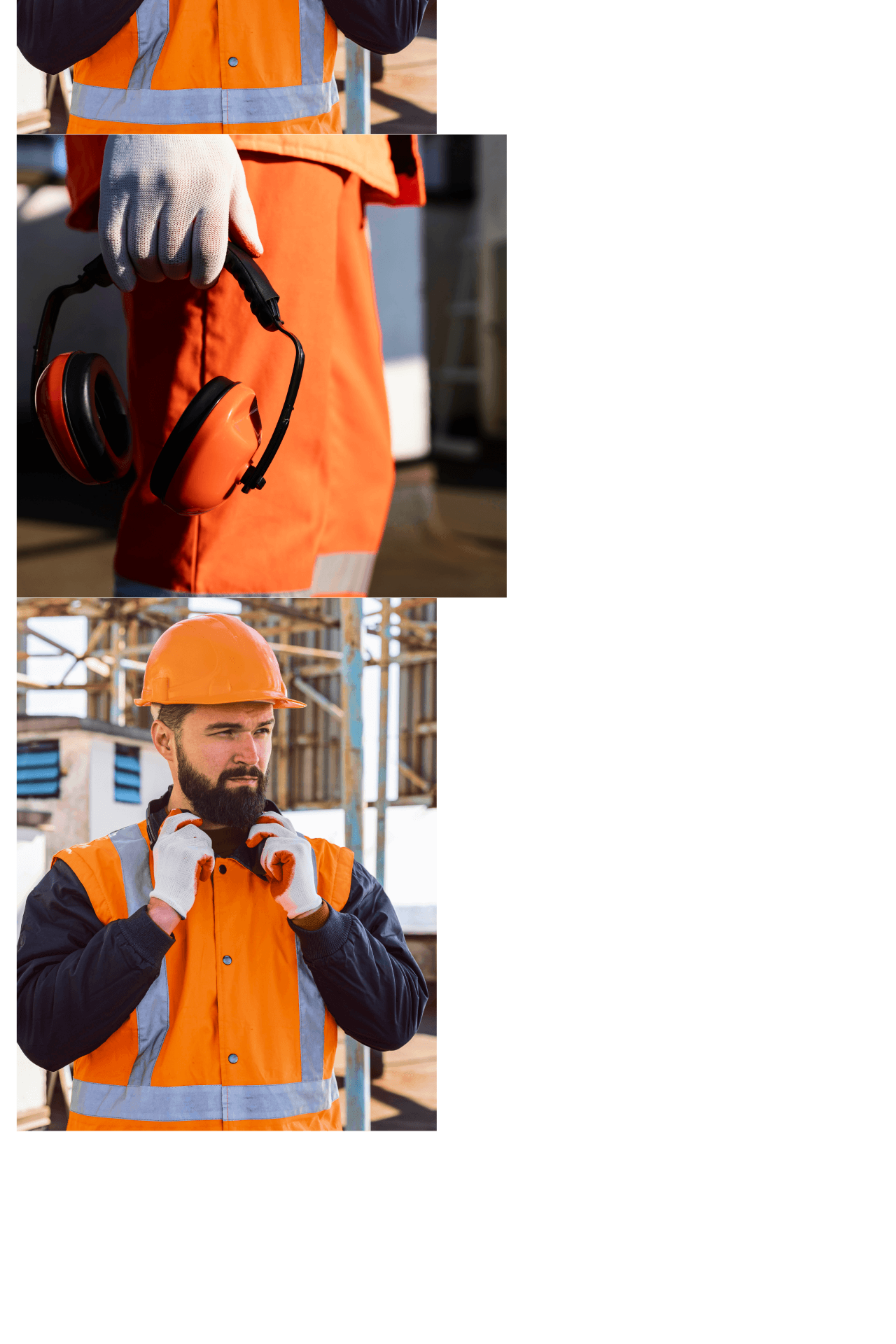
Repository: douglasabnovato/construction
Page: index.html
An editor plug-in stored every save of this project. The page is shown before and after the next save, followed by the edit.
The browser window is 1280 px wide. The pictures show the part of the page from y = 2853 to 4773 px (the page is 4773 px tall before and 4011 px after), at 70% of full size.

Above is the page before, as saved 2025-05-01 12:03:23.

### index.html
<!DOCTYPE html>
<html lang="en">
  <head>
    <meta charset="UTF-8" />
    <meta name="viewport" content="width=device-width, initial-scale=1.0" />

    <!--=============== FAVICON ===============-->
    <link
      rel="shortcut icon"
      href="assets/img/favicon.png"
      type="image/x-icon"
    />

    <!--=============== REMIXICONS ===============-->
    <link
      rel="stylesheet"
      href="https://cdnjs.cloudflare.com/ajax/libs/remixicon/4.2.0/remixicon.css"
    />

    <!--=============== SWIPER CSS ===============-->
    <link rel="stylesheet" href="" />

    <!--=============== CSS ===============-->
    <link rel="stylesheet" href="assets/css/styles.css" />

    <title>Construction</title>
  </head>
  <body>
    <!--==================== HEADER ====================-->
    <header class="header bg-header" id="header">
      <nav class="nav container">
        <a href="#" class="nav__logo">
          <i class="ri-bulding-3-line"></i>
          <span>Construct</span>
        </a>
        <div class="nav__menu" id="nav-menu">
          <u class="nav__list">
            <li>
              <a href="#home" class="nav__link">Home</a>
            </li>
            <li>
              <a href="#aboutus" class="nav__link"> About Us</a>
            </li>
            <li>
              <a href="#services" class="nav__link"> Services</a>
            </li>
            <li>
              <a href="#projects" class="nav__link"> Projects</a>
            </li>
            <li>
              <a href="#contactus" class="nav__link button"> Contact Us</a>
            </li>
          </u>
          <!-- Close Button -->
          <div class="nav__close" id="nav-close">
            <i class="ri-close-large-line"></i>
          </div>
        </div>
        <!-- Toggle menu -->
        <div class="nav__toggle" id="nav-toggle">
          <i class="ri-apps-2-line"></i>
        </div>
      </nav>
    </header>

    <!--==================== MAIN ====================-->
    <main class="main">
      <!--==================== HOME ====================-->
      <section class="home section" id="home">
        <img
          src="./assets/img/home-lines-bg.svg"
          alt="image"
          class="home__lines"
        />
        <div class="home__container container grid">
          <div class="home__container grid">
            <div class="home__data">
              <h1 class="home__title">
                Create The<br />
                Constructions<br />
                You Want Here
              </h1>
              <p class="home__description">
                We provide the best home design, construction and maintenance
                services for you and your family.
              </p>
              <div class="home__buttons">
                <a href="#services" class="button">Our Services</a>
                <a href="#projects" class="button__link"
                  ><span>View Projects</span> <i class="ri-arrow-right-line"></i
                ></a>
              </div>
            </div>
            <div class="home__info">
              <div>
                <h3 class="home__info-title">10+</h3>
                <p class="home__info-description">
                  Years of <br />
                  Experience
                </p>
              </div>
              <div>
                <h3 class="home__info-title">200</h3>
                <p class="home__info-description">
                  Complete <br />
                  Projects
                </p>
              </div>
            </div>
          </div>
          <div class="home__images">
            <img src="./assets/img/home-img-1.png" alt="imagem" />
            <img src="./assets/img/home-img-2.png" alt="imagem" />
          </div>
        </div>
      </section>

      <!--==================== ABOUT ====================-->
      <section class="about section" id="about">
        <div class="about__container container grid">
          <div class="about__data">
            <span class="section__subtitle">ABOUT US</span>
            <h2 class="section__title">
              We Provide The Best <br />
              Service To Build
            </h2>
            <p class="about__description">
              We strive to provide the best professionals to make your project a
              construction masterpiece, something unique and unmatched.
            </p>
            <ul class="about__list grid">
              <li class="about__list-item">
                <i class="ri-checkbox-circle-line"></i>
                <span>Professional workers</span>
              </li>
              <li class="about__list-item">
                <i class="ri-checkbox-circle-line"></i>
                <span>Guaranteed quality</span>
              </li>
              <li class="about__list-item">
                <i class="ri-checkbox-circle-line"></i>
                <span>Extensive experience</span>
              </li>
              <li class="about__list-item">
                <i class="ri-checkbox-circle-line"></i>
                <span>We quote your  project</span>
              </li>
            </ul>
            <a href="#" class="button">View Projects</a>
          </div>
          <div class="about__images">
            <img src="./assets/img/about-img-1.png" alt="image" class="about__img-1">
            <img src="./assets/img/about-img-2.png" alt="image" class="about__img-2">
            <img src="./assets/img/about-img-1.png" alt="image" class="about__img-1">
          </div>
        </div>
      </section>

      <!--==================== SERVICES ====================-->
      <section class="services section" id="services"></section>

      <!--==================== PROJECTS ====================-->
      <section class="projects section" id="projects"></section>

      <!--==================== CONTACT ====================-->
      <section class="contact section" id="contact"></section>
    </main>

    <!--==================== FOOTER ====================-->
    <footer class="footer"></footer>

    <!--========== SCROLL UP ==========-->

    <!--=============== SCROLLREVEAL ===============-->
    <script src=""></script>

    <!--=============== SWIPER JS ===============-->
    <script src=""></script>

    <!--=============== MAIN JS ===============-->
    <script src="assets/js/main.js"></script>
  </body>
</html>

### assets/css/styles.css
/*=============== GOOGLE FONTS ===============*/
@import url("https://fonts.googleapis.com/css2?family=Montserrat:wght@100..900&display=swap");

/*=============== VARIABLES CSS ===============*/
:root {
  --header-height: 3.5rem;

  /*========== Colors ==========*/
  /*Color mode HSL(hue, saturation, lightness)*/
  --first-color: hsl(18, 95%, 55%);
  --second-color: hsl(42, 98%, 52%);
  --first-gradient: linear-gradient(
    90deg,
    hsl(18, 95%, 55%),
    hsl(18, 98%, 64%)
  );
  --title-color: hsl(255, 12%, 12%);
  --text-color: hsl(225, 12%, 24%);
  --text-color-light: hsl(255, 4%, 70%);
  --body-color: hsl(0, 0%, 100%);
  --container-color: hsl(0, 0%, 100%);
  --white-color: hsl(0, 0%, 100%);
  --black-color: hsl(255, 20%, 10%);
  --gray-border: hsl(255, 6%, 90%);
  --black-border: hsl(255, 10%, 20%);

  /*========== Font and typography ==========*/
  /*.5rem = 8px | 1rem = 16px ...*/
  --body-font: "Montserrat", sans-serif;
  --big-font-size: 2.25rem;
  --h1-font-size: 1.5rem;
  --h2-font-size: 1.25rem;
  --h3-font-size: 1rem;
  --normal-font-size: 0.938rem;
  --small-font-size: 0.813rem;

  /*========== Font weight ==========*/
  --font-regular: 400;
  --font-medium: 500;
  --font-semi-bold: 600;
  --font-bold: 700;

  /*========== z index ==========*/
  --z-tooltip: 10;
  --z-fixed: 100;
}

/*========== Responsive typography ==========*/
@media screen and (min-width: 1150px) {
  :root {
    --big-font-size: 3.5rem;
    --h1-font-size: 2.25rem;
    --h2-font-size: 1.5rem;
    --h3-font-size: 1.25rem;
    --normal-font-size: 1rem;
    --small-font-size: 0.875rem;
  }
}

/*=============== BASE ===============*/
* {
  box-sizing: border-box;
  padding: 0;
  margin: 0;
}

html {
  scroll-behavior: smooth;
}

body {
  font-family: var(--body-font);
  font-size: var(--normal-font-size);
  background-color: var(--body-color);
  color: var(--text-color);
}

h1,
h2,
h3,
h4 {
  color: var(--title-color);
  font-weight: var(--font-semi-bold);
}

ul {
  list-style: none;
}

a {
  text-decoration: none;
}

img {
  display: block;
  max-width: 100%;
  height: auto;
}

/*=============== REUSABLE CSS CLASSES ===============*/
.container {
  max-width: 1120px;
  margin-inline: 1.5rem;
}

.grid {
  display: grid;
  gap: 1.5rem;
}

.section {
  padding-block: 5rem 1rem;
}
.section__title,
.section__subtitle {
  text-align: center;
}

.section__title {
  font-size: var(--h1-font-size);
  font-weight: var(--font-bold);
  margin-bottom: 1.5rem;
}

.section__subtitle {
  display: block;
  font-size: var(--normal-font-size);
  font-weight: var(--font-semi-bold);
  color: var(--second-color);
  margin-bottom: 0.5rem;
}

.main {
  overflow: hidden;
}

/*=============== HEADER & NAV ===============*/
.header {
  position: fixed;
  width: 100%;
  top: 0;
  left: 0;
  background-color: transparent;
  z-index: var(--z-fixed);
  transition: background-color .4s;
}

.nav {
  position: relative;
  height: var(--header-height);
  display: flex;
  justify-content: space-between;
  align-items: center;
}

.nav__logo {
  display: flex;
  align-items: center;
  column-gap: 0.25rem;
}

.nav__logo span {
  color: var(--white-color);
  font-weight: var(--font-semi-bold);
  transition: color 0.4s;
}

.nav__logoi i {
  color: var(--first-color);
  font-size: 1.5rem;
}

.nav__toggle,
.nav__close {
  font-size: 1.5rem;
  color: var(--white-color);
  cursor: pointer;
  transition: color 0.4s;
}

/* Navigation for mobile devices */
@media screen and (max-width: 1150px) {
  .nav__menu {
    position: fixed;
    top: 0;
    right: -100%;
    background-color: var(--black-color);
    width: 80%;
    height: 100%;
    padding: 7.5rem 3.5rem 0;
    border-left: 2px solid var(--black-border);
    transition: right 0.4s;
  }
}

.nav__list {
  display: flex;
  flex-direction: column;
  row-gap: 4rem;
}

.nav__link {
  color: var(--text-color-light);
  font-weight: var(--font-semi-bold);
  transition: color 0.4s;
}

.nav__link:hover {
  color: var(--first-color);
}

.nav__close {
  position: absolute;
  top: 1rem;
  right: 1.5rem;
}

/* Show menu */
.show-menu {
  right: 0;
}

/* Change background header */
.bg-header{
  background-color: var(--body-color);
  box-shadow: 0 4px 16px hsla(255, 90%, 8%, .1);
}

.bg-header .nav__logo span,
.bg-header .nav__toggle{
  color: var(--title-color);
}

/* Active link */

/*=============== HOME ===============*/
.home {
  position: relative;
  background-color: var(--black-color);
}

.home__container {
  position: relative;
  row-gap: 3rem;
  padding-block: 2.5rem 6rem;
}

.home__content {
  row-gap: 2.5rem;
}

.home__data {
  text-align: center;
}

.home__title {
  color: var(--white-color);
  font-size: var(--big-font-size);
  font-weight: var(--font-bold);
  margin-bottom: 1rem;
}

.home__description{
  margin-bottom: 2.5rem;
  color: var(--text-color-light);
}

.home_buttons{
  display: flex;
  justify-content: center;
  align-items: center;
  gap: 1rem;
}

.home__info{
  display: flex;
  justify-content: center;
  column-gap: 4.5rem;
}

.home__info-title{
  color: var(--second-color);
  font-size: var(--big-font-size);
  font-weight: var(--font-bold);
  margin-bottom: .5rem;
}

.home__info-description{
  font-size: var(--small-font-size);
  color: var(--white-color);
}

.home__images{
  position: relative;
  justify-self: center;
}

.home__img-1{
  width: 250px;
  margin-left: 3.5rem;
}

.home__img-2{
  width: 150px;
  border: 5px solid var(--black-color);
  position: absolute;
  left: 0;
  bottom: -3.5rem;
}

.home__lines{
  position: absolute;
  top: 0;
  left: 0;
  width: 100%;
  height: 100%;
  object-fit: cover;
  object-position: right;
}

/*=============== BUTTON ===============*/
.button {
  display: inline-flex;
  background: var(--first-gradient);
  color: var(--white-color);
  font-weight: var(--font-semi-bold);
  padding: 1rem 2rem;
  transition: box-shadow .4s;
}

.button:hover{
  box-shadow: 0 8px 32px hsla(18, 95%, 55%, .3);
  color: var(--white-color);
}

.button__link {
  display: flex;
  align-items: center;
  column-gap: .25rem;
  color: var(--first-color);
}

.button__link span{
  font-weight: var(--font-semi-bold);
}

.button__link i {
  font-size: 1.5rem;
  transition: transform .4s;
}

.button__link:hover i {
  transform: translateX(.25rem)
}

/*=============== ABOUT ===============*/

/*=============== SERVICES ===============*/

/* Swiper class */

/*=============== PROJECTS ===============*/

/*=============== CONTACT ===============*/

/*=============== FOOTER ===============*/

/*=============== SCROLL BAR ===============*/

/*=============== SCROLL UP ===============*/

/* Show Scroll Up */

/*=============== BREAKPOINTS ===============*/
/* For small devices */

/* For medium devices */

/* For large devices */

### assets/js/main.js
/*=============== SHOW MENU ===============*/
const navMenu = document.getElementById('nav-menu'),
      navToggle = document.getElementById('nav-toggle'),
      navClose = document.getElementById('nav-close')

/* Menu show */
if(navToggle){
    navToggle.addEventListener('click', () =>{
        navMenu.classList.add('show-menu')
    })
}

/* Menu hidden */
if(navClose){
    navClose.addEventListener('click', () =>{
        navMenu.classList.remove('show-menu')
    })
}

/*=============== REMOVE MENU MOBILE ===============*/
const navLink = document.querySelectorAll('.nav__link')

const linkAction = () =>{
    const navMenu = document.getElementById('nav-menu')
    // When we click on each nav__link, we remove the show-menu class
    navMenu.classList.remove('show-menu')
}
navLink.forEach(n => n.addEventListener('click', linkAction))


/*=============== CHANGE BACKGROUND HEADER ===============*/
const bgHeader = () =>{
    const header = document.getElementById('header')
    // Add a class if the bottom offset is greater than 50 of the viewport
    this.scrollY >= 50 ? header.classList.add('bg-header')
                       : header.classList.remove('bg-header')
}
window.addEventListener('scroll', bgHeader)
bgHeader()

/*=============== SWIPER SERVICES ===============*/

/*=============== SHOW SCROLL UP ===============*/

/*=============== SCROLL SECTIONS ACTIVE LINK ===============*/

/*=============== SCROLL REVEAL ANIMATION ===============*/

After the next save:
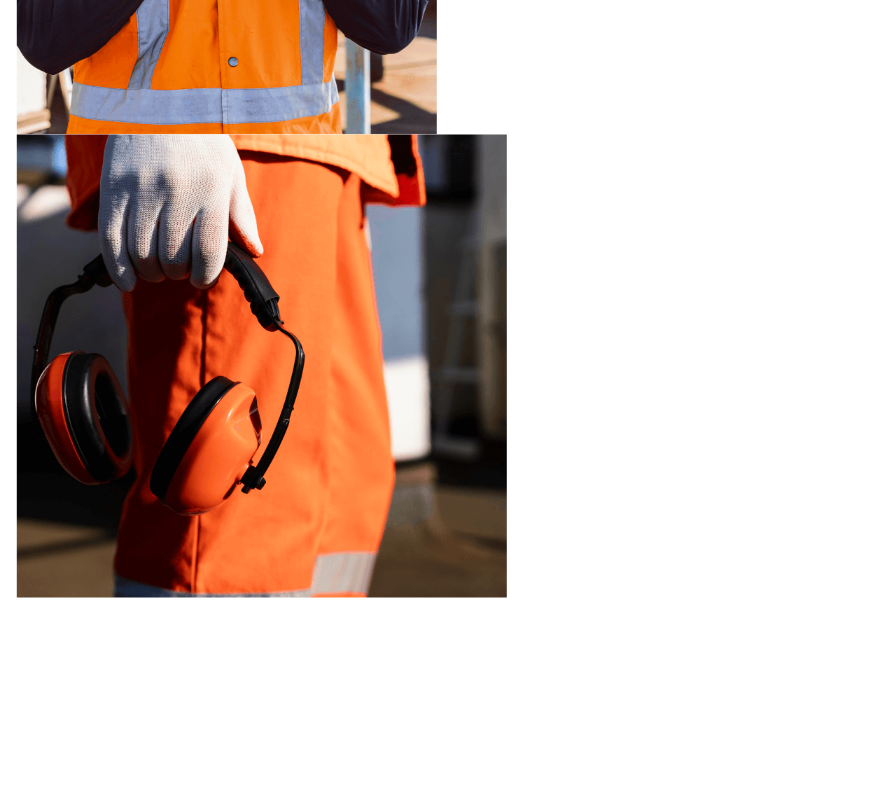
Saved 15 s later.
--- a/index.html
+++ b/index.html
@@ -151,7 +151,6 @@
           <div class="about__images">
             <img src="./assets/img/about-img-1.png" alt="image" class="about__img-1">
             <img src="./assets/img/about-img-2.png" alt="image" class="about__img-2">
-            <img src="./assets/img/about-img-1.png" alt="image" class="about__img-1">
           </div>
         </div>
       </section>
